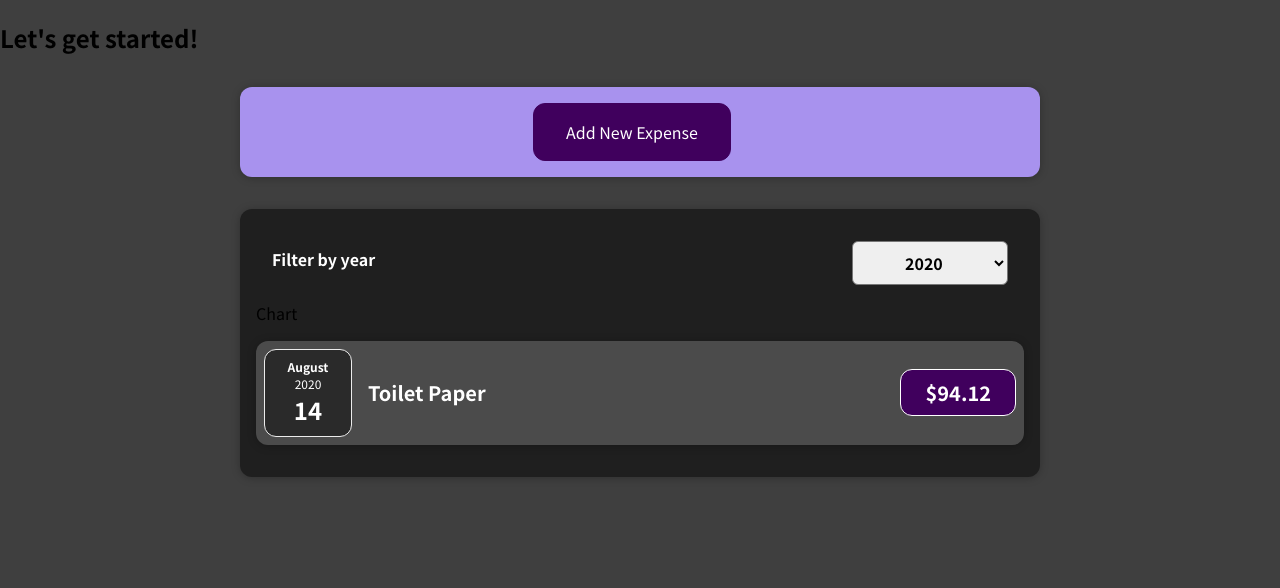
Repository: Dark-Developer93/react-complete-guide
Page: /
The author's editor kept a copy of each file at every save. The page is drawn from the files as they stood at one save, then again after the next save.
The browser window is 1280 px wide. The pictures show the whole page.
The project was rebuilt for these pictures with package versions that can differ from the ones it lists, and the page was loaded fresh each time. Also part of the build but not shown: src/components/Chart/ChartBar.css, src/components/NewExpense/ExpenseForm.css, src/components/NewExpense/ExpenseForm.js. Imported but missing from the stored project, and not drawn on this page: src/components/Chart/Chart.ccs.

Above is the page before, as saved 2022-11-05 10:08:53.

After the next save:
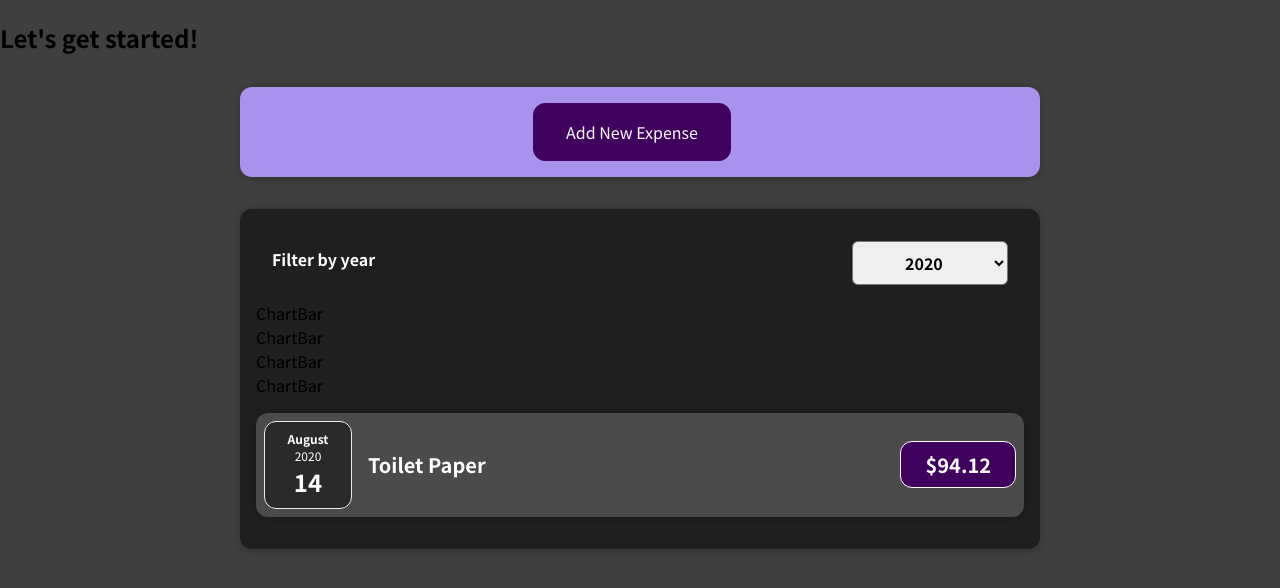
Saved 41 s later.
--- a/src/components/Chart/Chart.js
+++ b/src/components/Chart/Chart.js
@@ -4,7 +4,14 @@ import ChartBar from "./ChartBar";
 import "./Chart.ccs";
 
 const Chart = () => {
-  return <div className="chart">Chart</div>;
+  return (
+    <div className="chart">
+      <ChartBar />
+      <ChartBar />
+      <ChartBar />
+      <ChartBar />
+    </div>
+  );
 };
 
 export default Chart;
